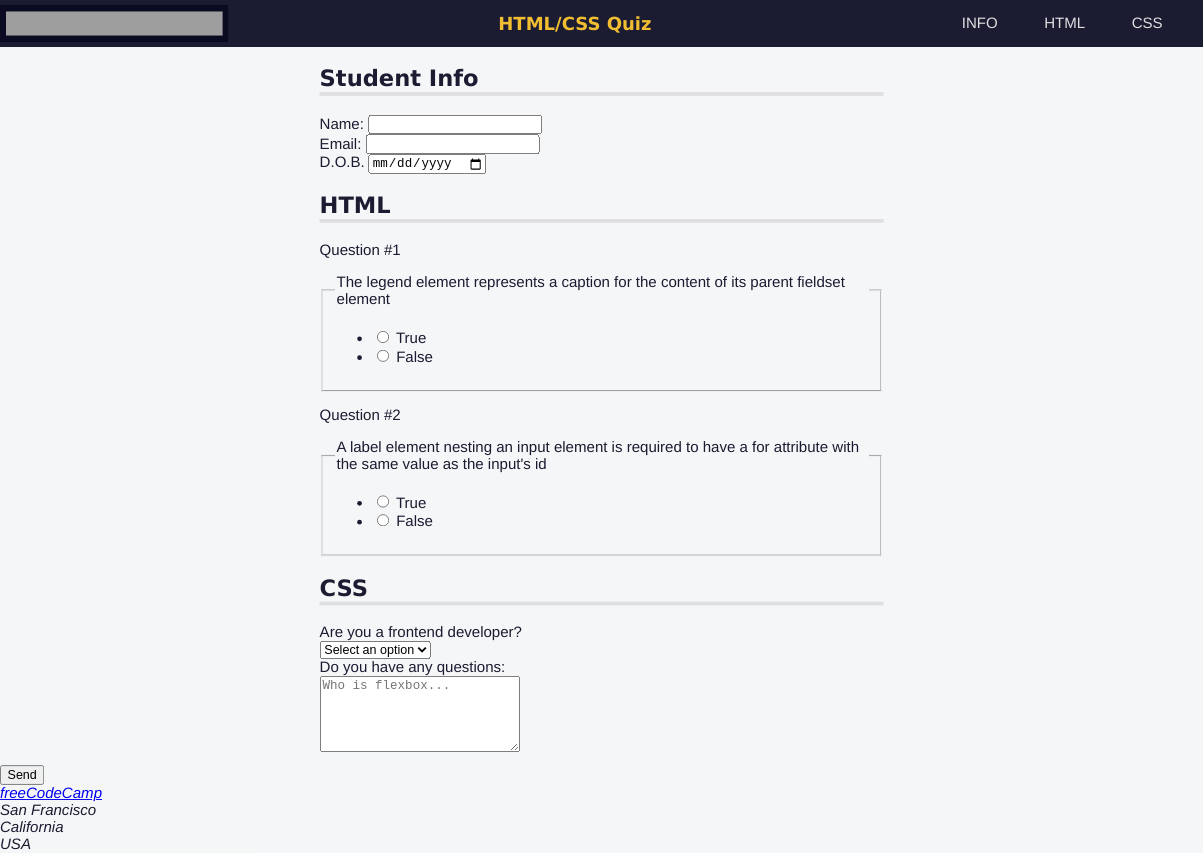
Repository: cipdanila/freeCodeCamp
Page: Quiz/index.html
An editor plug-in stored every save of this project. The page is shown before and after the next save, followed by the edit.
The browser window is 1280 px wide. The pictures show the whole page, at 94% of full size.
Pictures or frames that could not be fetched are drawn as grey boxes.

Above is the page before, as saved 2023-10-18 19:28:27.

### Quiz/index.html
<!DOCTYPE html>
<html lang="en">
    <head>
        <meta charset="UTF-8" />
        <meta name="viewport" content="width=device-width, initial-scale=1.0" />
        <meta
            name="description"
            content="freeCodeCamp Accessibility Quiz practice project"
        />
        <title>Accessibility Quiz</title>
        <link rel="stylesheet" href="styles.css" />
    </head>
    <body>
        <header>
            <img
                id="logo"
                src="https://cdn.freecodecamp.org/platform/universal/fcc_primary.svg"
            />
            <h1>HTML/CSS Quiz</h1>
            <nav>
                <ul>
                    <li><a href="#student-info">INFO</a></li>
                    <li><a href="#html-questions">HTML</a></li>
                    <li><a href="#css-questions">CSS</a></li>
                </ul>
            </nav>
        </header>
        <main>
            <form
                method="post"
                action="https://freecodecamp.org/practice-project/accessibility-quiz"
            >
                <section role="region" aria-labelledby="student-info">
                    <h2 id="student-info">Student Info</h2>
                    <div class="info">
                        <label for="student-name">Name:</label>
                        <input
                            type="text"
                            name="student-name"
                            id="student-name"
                        />
                    </div>
                    <div class="info">
                        <label for="student-email">Email:</label>
                        <input
                            type="email"
                            name="student-email"
                            id="student-email"
                        />
                    </div>
                    <div class="info">
                        <label for="birth-date"
                            >D.O.B.<span class="sr-only"
                                >(Date of Birth)</span
                            ></label
                        >
                        <input type="date" name="birth-date" id="birth-date" />
                    </div>
                </section>
                <section role="region" aria-labelledby="html-questions">
                    <h2 id="html-questions">HTML</h2>
                    <div class="question-block">
                        <p>1</p>
                        <fieldset class="question" name="html-question-one">
                            <legend>
                                The legend element represents a caption for the
                                content of its parent fieldset element
                            </legend>
                            <ul class="answers-list">
                                <li>
                                    <label for="q1-a1">
                                        <input
                                            type="radio"
                                            id="q1-a1"
                                            name="q1"
                                            value="true"
                                        />
                                        True
                                    </label>
                                </li>
                                <li>
                                    <label for="q1-a2">
                                        <input
                                            type="radio"
                                            id="q1-a2"
                                            name="q1"
                                            value="false"
                                        />
                                        False
                                    </label>
                                </li>
                            </ul>
                        </fieldset>
                    </div>
                    <div class="question-block">
                        <p>2</p>
                        <fieldset class="question" name="html-question-two">
                            <legend>
                                A label element nesting an input element is
                                required to have a for attribute with the same
                                value as the input's id
                            </legend>
                            <ul class="answers-list">
                                <li>
                                    <label for="q2-a1">
                                        <input
                                            type="radio"
                                            id="q2-a1"
                                            name="q2"
                                            value="true"
                                        />
                                        True
                                    </label>
                                </li>
                                <li>
                                    <label for="q2-a2">
                                        <input
                                            type="radio"
                                            id="q2-a2"
                                            name="q2"
                                            value="false"
                                        />
                                        False
                                    </label>
                                </li>
                            </ul>
                        </fieldset>
                    </div>
                </section>
                <section role="region" aria-labelledby="css-questions">
                    <h2 id="css-questions">CSS</h2>
                    <div class="formrow">
                        <div class="question-block">
                            <label for="customer"
                                >Are you a frontend developer?</label
                            >
                        </div>
                        <div class="answer">
                            <select name="customer" id="customer" required>
                                <option value="">Select an option</option>
                                <option value="yes">Yes</option>
                                <option value="no">No</option>
                            </select>
                        </div>
                        <div class="question-block">
                            <label for="css-questions"
                                >Do you have any questions:</label
                            >
                        </div>
                        <div class="answer">
                            <textarea
                                id="css-questions"
                                name="css-questions"
                                rows="5"
                                cols="24"
                                placeholder="Who is flexbox..."
                            ></textarea>
                        </div>
                    </div>
                </section>
                <button type="submit">Send</button>
            </form>
        </main>
        <footer>
            <address>
                <a href="https://freecodecamp.org">freeCodeCamp</a><br />
                San Francisco<br />
                California<br />
                USA
            </address>
        </footer>
    </body>
</html>

### Quiz/styles.css
body {
    background: #f5f6f7;
    color: #1b1b32;
    font-family: Helvetica;
    margin: 0;
}

header {
    width: 100%;
    height: 50px;
    background-color: #1b1b32;
    display: flex;
    justify-content: space-between;
    align-items: center;
    position: fixed;
    top: 0;
}

#logo {
    width: max(100px, 18vw);
    background-color: #0a0a23;
    aspect-ratio: 35 / 4;
    padding: 0.4rem;
}

h1 {
    color: #f1be32;
    font-size: min(5vw, 1.2em);
    text-align: center;
}

nav {
    width: 50%;
    max-width: 300px;
    height: 50px;
}

nav > ul {
    display: flex;
    justify-content: space-evenly;
    flex-wrap: wrap;
    align-items: center;
    padding-inline-start: 0;
    margin-block: 0;
    height: 100%;
}

nav > ul > li {
    color: #dfdfe2;
    margin: 0 0.2rem;
    padding: 0.2rem;
    display: block;
}

nav > ul > li:hover {
    background-color: #dfdfe2;
    color: #1b1b32;
    cursor: pointer;
}

li > a {
    color: inherit;
    text-decoration: none;
}

main {
    padding-top: 50px;
}

section {
    width: 80%;
    max-width: 600px;
    margin: 0 auto 10px auto;
}

h1,
h2 {
    font-family: Verdana, Tahoma;
}

h2 {
    border-bottom: 4px solid #dfdfe2;
    padding-top: ;
}

p::before {
    content: "Question #";
}

.sr-only {
    position: absolute;
    width: 1px;
    height: 1px;
    padding: 0;
    margin: -1px;
    overflow: hidden;
    clip: rect(0, 0, 0, 0);
    white-space: nowrap;
    border: 0;
}

After the next save:
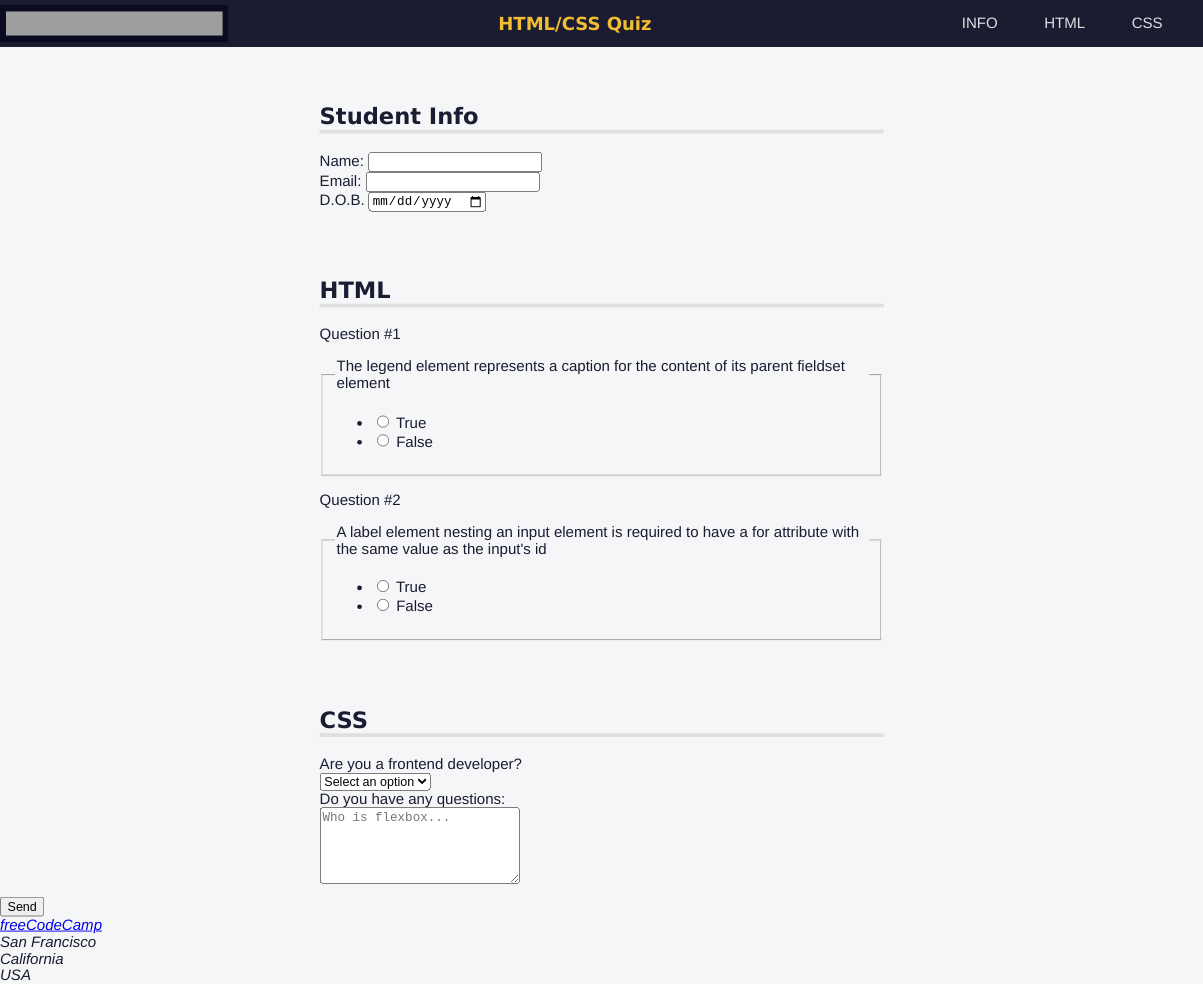
Saved 53 s later.
--- a/Quiz/styles.css
+++ b/Quiz/styles.css
@@ -80,7 +80,8 @@
 
 h2 {
     border-bottom: 4px solid #dfdfe2;
-    padding-top: ;
+    margin-top: 0;
+    padding-top: 60px;
 }
 
 p::before {
